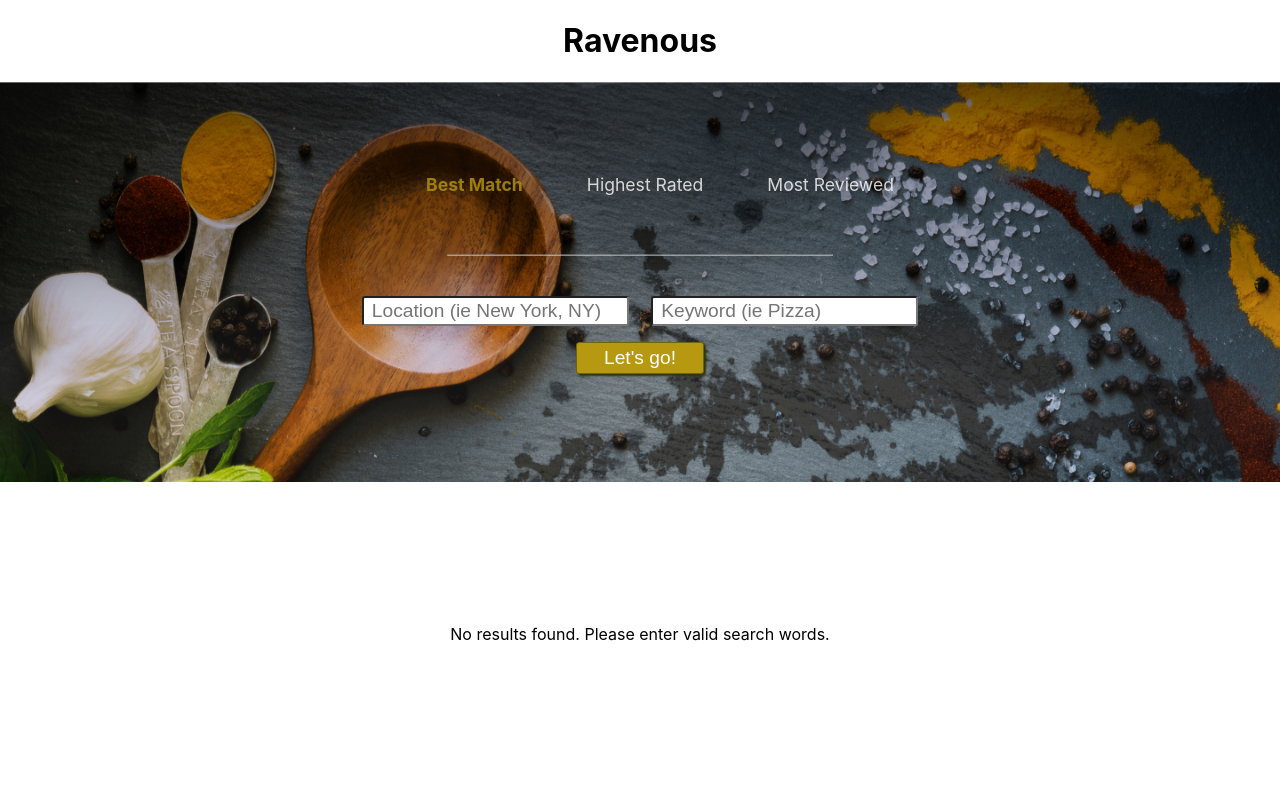
Repository: LolaSL/Ravenous
Page: /
An editor plug-in stored every save of this project. The page is shown before and after the next save, followed by the edit.
The browser window is 1280 px wide. The pictures show the whole page.
The page's requests for data from a server got no answer. The project was rebuilt for these pictures with package versions that can differ from the ones it lists, and the page was loaded fresh each time. No one was signed in, and anything a server would have sent is missing. Also part of the build but not shown: src/Business/Business.js.

Above is the page before, as saved 2024-03-23 20:34:40.

After the next save:
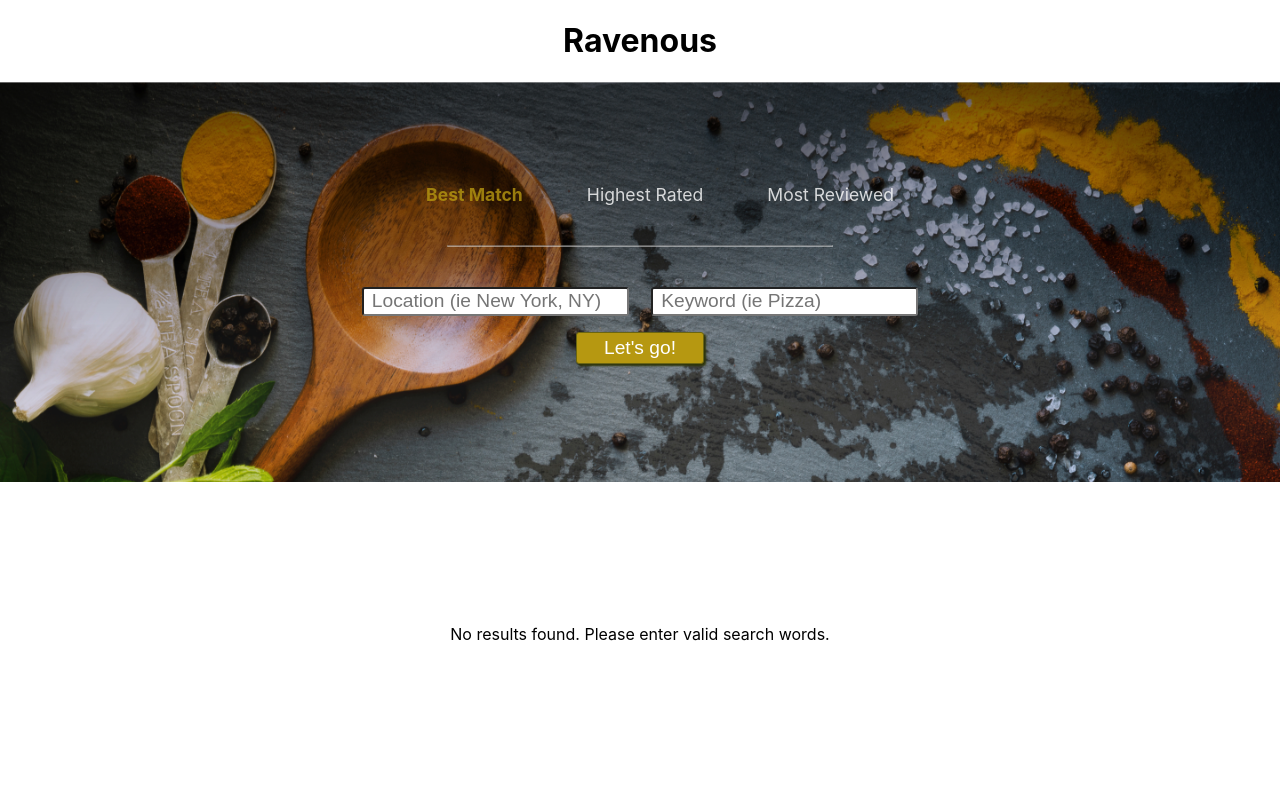
Saved 4 s later.
--- a/src/SearchBar/SearchBar.css
+++ b/src/SearchBar/SearchBar.css
@@ -8,7 +8,7 @@
   height: 25rem;
   }
 
-  #sort-options {
+  #sort-options ul {
     display: flex;
     justify-content: center;
     margin-bottom: 2.22rem;
